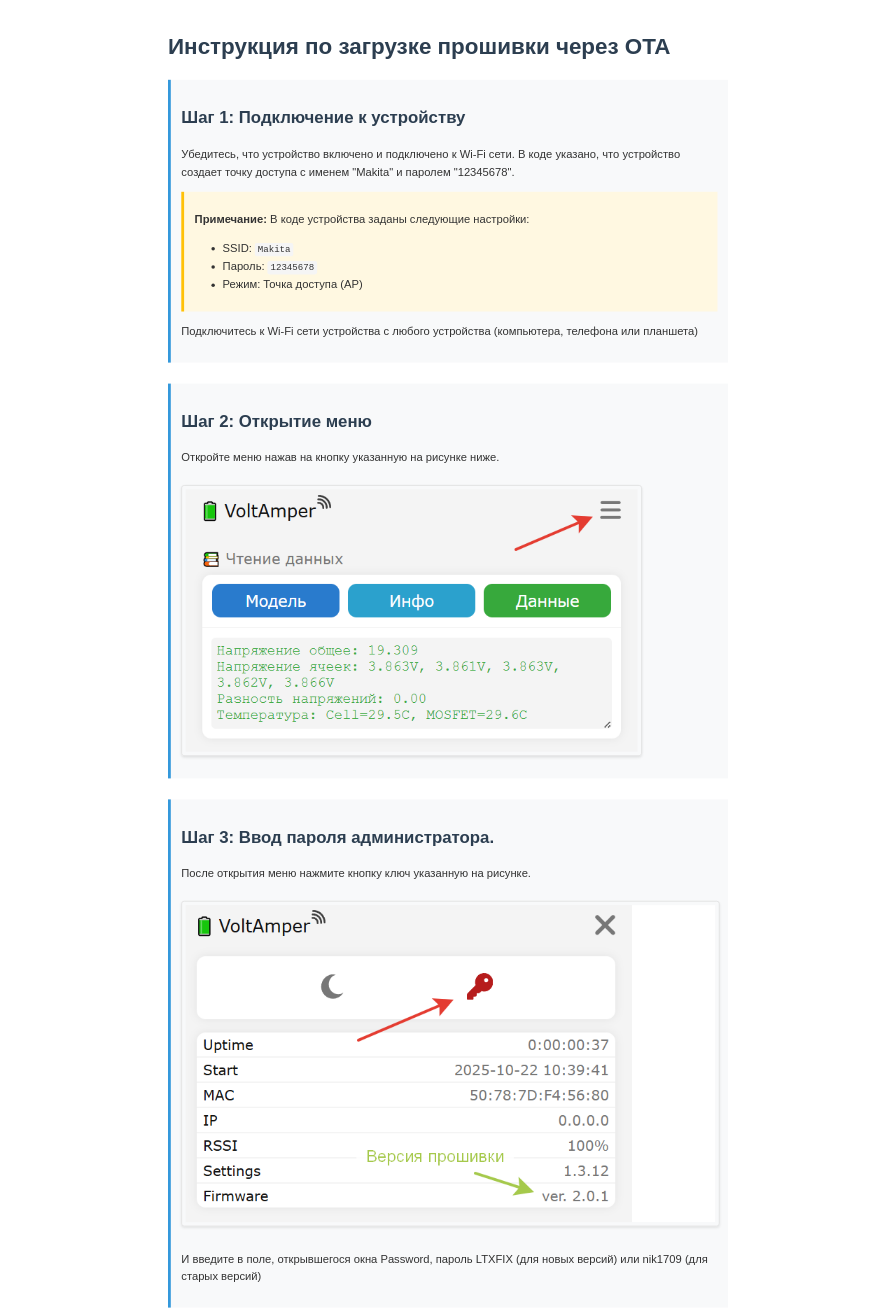
Repository: NikElectronics/ELIXStoFIX
Page: firware.html
These files come from the project's save history. The page is drawn as it stood at one moment and after the next save; the edit follows.
The browser window is 1280 px wide. The pictures show the part of the page from y = 0 to 1878 px (the page is 5392 px tall before and 5685 px after), at 70% of full size.
A picture or video elsewhere on the page could not be fetched, so the positions and the page height are approximate.

Above is the page before, as saved 2025-10-22 08:25:49.

### firware.html
<!DOCTYPE html>
<html lang="ru">
<head>
    <meta charset="UTF-8">
    <meta name="viewport" content="width=device-width, initial-scale=1.0">
    <title>Инструкция по OTA-обновлению</title>
    <style>
        body {
            font-family: Arial, sans-serif;
            line-height: 1.6;
            max-width: 800px;
            margin: 0 auto;
            padding: 20px;
            color: #333;
        }
        h1, h2, h3 {
            color: #2c3e50;
        }
        .step {
            margin-bottom: 30px;
            padding: 15px;
            border-left: 4px solid #3498db;
            background-color: #f8f9fa;
        }
        .screenshot {
            max-width: 100%;
            border: 1px solid #ddd;
            border-radius: 4px;
            padding: 5px;
            margin: 10px 0;
            box-shadow: 0 2px 4px rgba(0,0,0,0.1);
        }
        .note {
            background-color: #fff8e1;
            border-left: 4px solid #ffc107;
            padding: 10px 15px;
            margin: 15px 0;
        }
        .warning {
            background-color: #ffebee;
            border-left: 4px solid #f44336;
            padding: 10px 15px;
            margin: 15px 0;
        }
        code {
            background-color: #f5f5f5;
            padding: 2px 4px;
            border-radius: 3px;
            font-family: monospace;
        }
    </style>
</head>
<body>
    <h1>Инструкция по загрузке прошивки через OTA</h1>

    <div class="step">
        <h2>Шаг 1: Подключение к устройству</h2>
        <p>Убедитесь, что устройство включено и подключено к Wi-Fi сети. В коде указано, что устройство создает точку доступа с именем "Makita" и паролем "12345678".</p>
        <div class="note">
            <p><strong>Примечание:</strong> В коде устройства заданы следующие настройки:</p>
            <ul>
                <li>SSID: <code>Makita</code></li>
                <li>Пароль: <code>12345678</code></li>
                <li>Режим: Точка доступа (AP)</li>
            </ul>
        </div>
        <p>Подключитесь к Wi-Fi сети устройства с любого устройства (компьютера, телефона или планшета)</p>

    </div>

    <div class="step">
        <h2>Шаг 2: Открытие меню</h2>
        <p>Откройте меню нажав на кнопку указанную на рисунке ниже. </p>
        <img src="images/menu.png" alt="Главная страница веб-интерфейса" class="screenshot">
    </div>

    <div class="step">
        <h2>Шаг 3: Ввод пароля администратора.</h2>
        <p>После открытия меню нажмите кнопку ключ указанную на рисунке.</p>
        <img src="images/menu_open.png" alt="Главная страница веб-интерфейса" class="screenshot">
        <p>И введите в поле, открывшегося окна Password, пароль LTXFIX (для новых версий) или nik1709 (для старых версий)</p>
    </div>

    <div class="step">
        <h2>Шаг 3: Переход в раздел программатора</h2>
        <p>В веб-интерфейсе найдите и откройте раздел "👨‍💻 Программатор".</p>
        <img src="screenshot2.png" alt="Раздел программатора" class="screenshot">
    </div>

    <div class="step">
        <h2>Шаг 4: Загрузка новой прошивки</h2>
        <p>В разделе программатора найдите опцию для загрузки новой прошивки. Обычно это кнопка "Выбрать файл" или "Обзор" с последующей кнопкой "Загрузить" или "Обновить".</p>
        <img src="screenshot3.png" alt="Интерфейс загрузки прошивки" class="screenshot">
        <div class="note">
            <p><strong>Примечание:</strong> Убедитесь, что файл прошивки имеет правильный формат (обычно .bin) и совместим с вашим устройством.</p>
        </div>
    </div>

    <div class="step">
        <h2>Шаг 5: Процесс обновления</h2>
        <p>После выбора файла прошивки нажмите кнопку для начала загрузки. Не прерывайте процесс обновления и не отключайте питание устройства.</p>
        <img src="screenshot4.png" alt="Процесс обновления прошивки" class="screenshot">
        <div class="warning">
            <p><strong>Внимание:</strong> Прерывание процесса обновления может привести к повреждению прошивки и необходимости физического перепрограммирования устройства!</p>
        </div>
    </div>

    <div class="step">
        <h2>Шаг 6: Завершение обновления</h2>
        <p>После успешной загрузки прошивки устройство обычно перезагружается автоматически. Если этого не произошло, вы можете перезагрузить устройство вручную с помощью кнопки "Перезагрузить" в веб-интерфейсе.</p>
        <img src="screenshot5.png" alt="Успешное завершение обновления" class="screenshot">
    </div>

    <div class="step">
        <h2>Шаг 7: Проверка новой версии</h2>
        <p>После перезагрузки снова откройте веб-интерфейс и проверьте, что версия прошивки изменилась на новую. В коде устройства версия задана как "ver. 2.0.1".</p>
        <img src="screenshot6.png" alt="Проверка версии прошивки" class="screenshot">
    </div>

    <div class="note">
        <h3>Дополнительная информация</h3>
        <p>В коде устройства реализована система лицензирования через серийный номер. Если после обновления возникают проблемы с лицензией, проверьте правильность введенного ключа в разделе программатора.</p>
        <p>Также в коде предусмотрена возможность блокировки прошивки от чтения через UART/JTAG (функция FirmwareLock()), которая может быть активирована через веб-интерфейс.</p>
    </div>

    <div class="warning">
        <h3>Важные предупреждения</h3>
        <ul>
            <li>Всегда сохраняйте резервную копию текущей рабочей прошивки перед обновлением</li>
            <li>Убедитесь, что источник прошивки надежный и файл не поврежден</li>
            <li>Не прерывайте процесс обновления</li>
            <li>Убедитесь, что устройство имеет стабильное питание во время обновления</li>
        </ul>
    </div>
</body>
</html>

After the next save:
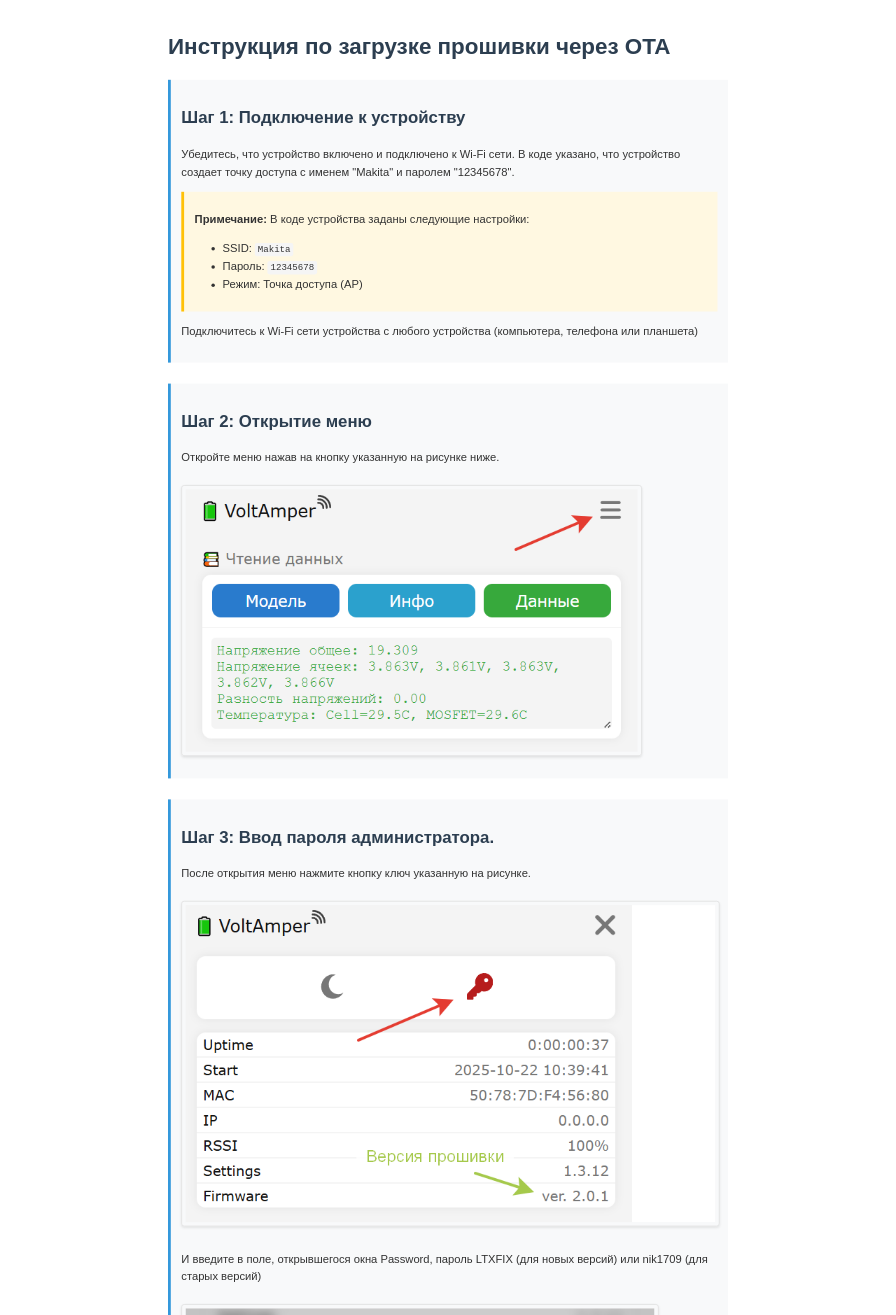
Saved 55 s later.
--- a/firware.html
+++ b/firware.html
@@ -79,6 +79,7 @@
         <p>После открытия меню нажмите кнопку ключ указанную на рисунке.</p>
         <img src="images/menu_open.png" alt="Главная страница веб-интерфейса" class="screenshot">
         <p>И введите в поле, открывшегося окна Password, пароль LTXFIX (для новых версий) или nik1709 (для старых версий)</p>
+        <img src="images/password.png" alt="Главная страница веб-интерфейса" class="screenshot">
     </div>
 
     <div class="step">
